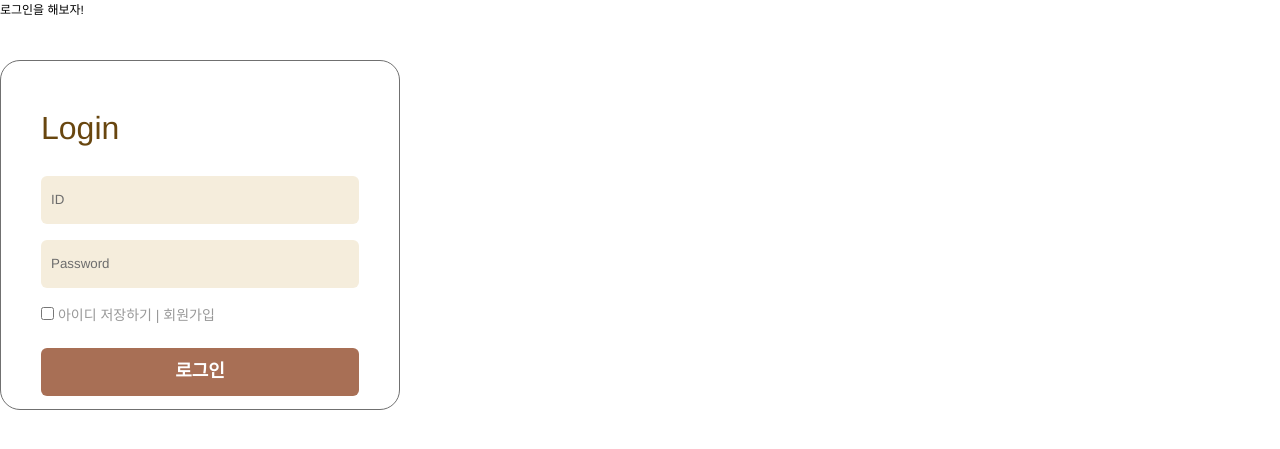
Repository: sejun98/sosobordgameJSP
Page: http://localhost/singup/login_form.jsp
An editor plug-in stored every save of this project. The page is shown before and after the next save, followed by the edit.
The browser window is 1280 px wide. The pictures show the whole page.
Some web fonts or font styles are not loaded; a fallback is used. The page is served by Tomcat 9.

Above is the page before, as saved 2022-10-07 07:23:29.

### singup/src/main/webapp/login_form.jsp
<%@ page language="java" contentType="text/html; charset=UTF-8"
    pageEncoding="UTF-8"%>
<%@ page import="java.sql.*" %>
<%@ page import="java.text.*" %>
<%@ page import="java.util.*, java.lang.*"  %>
<!DOCTYPE html>
<html>
<head>
<meta charset="UTF-8">
<title>로그인 폼</title>
<link rel="shortcut icon" href="images/pabicon.ico">
<link rel="stylesheet" href="css/login.css">
<link rel="stylesheet" href="css/reset.css">
<link href="https://fonts.googleapis.com/css?family=Nanum+Gothic" rel="stylesheet">
<link rel="stylesheet" type="text/css" href="css/slick.css">
<link rel="stylesheet" type="text/css" href="css/slick-theme.css">
<link href="https://fonts.googleapis.com/css?family=Poor+Story" rel="stylesheet">


</head>
<body>
<h1>로그인을 해보자!</h1>
<%
	String name = (String)session.getAttribute("name");
	if(name == null) {
%>

	<div class="login-wrapper">
			<h2>Login</h2>
			<form method="post" action="<%= request.getContextPath() %>/login_pro.jsp" id="login-form">
				<input type="text" name="id" placeholder="ID">
				<input type="password" name=pw placeholder="Password">
				<label for="remember-check" class="idsave">
					<input type="checkbox" id="remember-check">  아이디 저장하기 | 회원가입
				</label>
				<input type="submit" value="로그인">
			</form>
	</div>
<%
	} else {
			%>
		<%= name %>님 로그인 중
		<a href="<% request.getContextPath(); %> logout.jsp">로그아웃</a>
		<%
	}
%>
</body>
</html>

### singup/src/main/webapp/css/login.css

header {
	width: 100%;
}

#header_top {
	float: right;
}
#header_top ul li {
	float: left;
	padding: 13px;
	padding-left: 0;
	line-height: 1;
}
#header_top ul li:nth-child(1) a{
	border-right: solid 1px;
	border-color: #E0E0E0;
	margin: 0px;
}
#header_top ul li:nth-child(2) a{
	margin-right: 0;
	border-right: solid 1px;
	border-color: #E0E0E0;
	margin: 0px;
}

#header_top ul li a {
	display: block;
	margin-right: 65px;
	padding-right: 10px;
}
header #logo {
	clear: both;
	text-align: center;
	margin-bottom: 20px;
}
.header_menu {
	width:100%;
	height: 60px;
	border-top: solid 2px;
}
.header_menu ul li {
	float: left;
	margin-left: 13%;
}
.header_menu ul li a {
	display: block;
	padding: 12px 0px 10px 0px;
	font-size: 20px;
	font-family: 'Nanum Gothic', sans-serif;
}
.header_menu ul li .bold:hover {
	font-weight:bold;
}
.header_menu ul li:nth-child(5) {
	float: left;
}
.header_menu_bar{
	width: 75%;
	margin: 0 auto;

}
/*header end //----------------------------*/
/*container start ------*/
*{
    padding: 0;
    margin: 0;
    border: none;
}
body{
    font-size: 14px;
    font-family: 'Roboto', sans-serif;
}


.login-wrapper{
	margin-top: 40px;
	border: 1px solid rgb(112, 112, 112);
	border-radius: 20px;
    width: 400px;
    height: 350px;
    padding: 40px;
    box-sizing: border-box;
}

.login-wrapper > h2{
    font-size: 32px;
    color: #68460f;
    margin-bottom: 20px;
}
#login-form > input{
    width: 100%;
    height: 48px;
    padding: 0 10px;
    box-sizing: border-box;
    margin-bottom: 16px;
    border-radius: 6px;
    background-color: #F5EDDC;
}
#login-form > input::placeholder{
    color: #6d6d6d;
}
#login-form > input[type="submit"]{
    color: #fff;
    font-size: 18px;
	font-weight: bold;
    background-color: #a86f55;
    margin-top: 20px;
}
#login-form > input[type="checkbox"]{
    display: none;
}
#login-form > label{
    color: #999999;
}
#login-form input[type="checkbox"] + label{
    cursor: pointer;
    padding-left: 26px;
    background-image: url("checkbox.png");
    background-repeat: no-repeat;
    background-size: contain;
}
#login-form input[type="checkbox"]:checked + label{
    background-image: url("checkbox-active.png");
    background-repeat: no-repeat;
    background-size: contain;
}

/*container end ------*/
.down_box {
	width: 100%;
	height: 296px;
	background-color: #CDFFC3;
	float: left;
}
.down_box_img {
	background-image: url(../images/User_dow.jpg);
	background-repeat: no-repeat;
	width: 50%;height: 300px;
	float: left;
}
.down_box_txt {
	color: white;
	font-size: 35px;
	text-align: center;
	margin-top: 60px;
	position: relative;
}
.down_soso {
	font-size: 20px;
}
.down_soso span:before {
	content: "•";
	color: #dc3434;
	font-size: 1em;
	position: relative;
	left: 19px;
	top: -20px;
}
.down_sosos{
	font-size: 20px;
}
.down_sosos span:before {
	content: "•";
	color: #f7f549;
	font-size: 1em;
	position: relative;
	left: 19px;
	top: -20px;
}
.down_soso_img {
	background-image: url(../images/design_inde22x_08.jpg);
	width: 4px;height: 4px;
	position: absolute;
	left: 313px; top: 15px;
}
.down_soso_img2 {
	background-image: url(../images/design_inde22x_08.jpg);
	width: 4px;height: 4px;
	position: absolute;
	left: 333px; top: 15px;
}
.down_box_txt p {
	margin-top: -25px;
	font-size: 45px;
}
.down_box_txt .pp2{
	line-height: 46px;
	font-size: 20px;
}
.search {
	width: 421px;
	position: relative;
	margin-left: 50%;
	transform: translateX(-50%);
}
.inputbox {
	float: left;
	font-size: 18px;
	color: #ebebeb;
	padding-left: 10px;
	background-color: rgba(255,255,255,0);
	border: solid 5px #ebebeb;
	width: 421px; height: 46px;
	margin-top: 10px;


}
.search .inputbox_button{
	position: absolute;
	top: 20px;right: -13px;
	background-color: transparent;
}



.down_title {
	margin-top: 20px;
	width: 200px; height: 50px;
	background-color: #fff;
	border-radius: 50px;
	margin-left: 50%;
	transform: translateX(-50%);
	color: #000;
	font-size: 20px;
	font-weight: bold;
	line-height: 50px;

}
.down_title:hover {
	background-color: #646464;
	color: #F0F0F0
}
/*footer start*/
.footer_box {
	width: 100%; height: 218px;
	background-color: #262626;
	clear: both;
	color: #bfbfbf;
}
.footer_title {
	padding-top: 10px;
	font-size: 35px;
	text-align: center;
	margin-top: 60px;
	position: relative;
}
.footer_title span {
	font-size: 20px;
}
.footer_txt {
	font-size: 14px;
	text-align: center;
	line-height: 25px;
}
.footer_title_wja {
	background-image: url(../images/design_indexdd_03.jpg);
	width: 4px;height: 4px;
	background-repeat: no-repeat;
	float: left;
	position: absolute;
	top: -8px;right: 13px;
}
.footer_title_wja2 {
	background-image: url(../images/design_indexdd_03.jpg);
	width: 4px;height: 4px;
	background-repeat: no-repeat;
	float: left;
	position: absolute;
	top: -8px;right: 32px;
}

#susu {
	position: relative;
}

#rjatk {
	float: left;
}

/*Slick*/
 .slider {
        width: 50%;
        margin: 0 auto;
    }

    .slick-slide {
      margin: 0px 20px;
    }

    .slick-slide img {
      width: 90%;
      margin: 0 auto;
      padding-top: 5%;
    }

    .slick-prev:before,
    .slick-next:before {
      color: black;
    }


    .slick-slide {
      transition: all ease-in-out .3s;
      opacity: 1;
    }

    .slick-active {
      opacity: 1;
    }

    .slick-current {
      opacity: 1;
    }
    /*slick*/

### singup/src/main/webapp/css/reset.css
*{
 margin:0;
 padding:0;
 border:none;
 	list-style:none;
	text-decoration: none;
	font-family: 'Nanum Gothic', sans-serif;
	font-family: noto,notojp,notokr,Helvetica
	,Microsoft YaHei,Apple SD Gothic Neo,Malgun Gothic,
	"\B9D1\C740 \ACE0\B515",Dotum,\\B3CB\C6C0,sans-serif;
}

/*여백초기화*/
body, div, dl, dd, dt, ul, li, ol, h1, h2, h3, h4, h5, h6, form, legend, textarea, select, fieldset, p, button {margin: 0; padding: 0;}

/*링크 초기화 */
a { color: #273743; text-decoration: none; }
a:hover { color: #000000; }

/*폰트초기화 */
body, input, textarea, select, button, table {line-height: 1.7} /*나눔고딕은 크로스브라우져에 가장 적합 */

/*h태그 초기화 */
h1, h2, h3, h4, h5, h6 { font-size: 12px; font-weight: normal; }

/*목록태그 초기화*/
li, ol, ul {list-style: none;}

/*ir*/

.ir { width: 0; height: 0; font-size: 0; line-height: 0; overflow: hidden; position: absolute; left: 0; top: 0; }
.cursor {
	cursor:pointer;
}
.down_title:hover {
	background-color: #646464;
	color: #F0F0F0
}

### singup/src/main/webapp/css/slick.css
/* Slider */
.slick-slider
{
    position: relative;

    display: block;
    box-sizing: border-box;
}

.slick-list
{
    position: relative;

    display: block;
    overflow: hidden;

    margin: 0;
    padding: 0;
}
.slick-list:focus
{
    outline: none;
}
.slick-list.dragging
{
    cursor: pointer;
}

.slick-slider .slick-track,
.slick-slider .slick-list
{

}

.slick-track
{
    position: relative;
    top: 0;
    left: 0;

    display: block;
    margin-left: auto;
    margin-right: auto;
}
.slick-track:before,
.slick-track:after
{
    display: table;

    content: '';
}
.slick-track:after
{
    clear: both;
}
.slick-loading .slick-track
{
    visibility: hidden;
}

.slick-slide
{
    display: none;
    float: left;

    height: 100%;
    min-height: 1px;
}
[dir='rtl'] .slick-slide
{
    float: right;
}
.slick-slide img
{
    display: block;
}
.slick-slide.slick-loading img
{
    display: none;
}
.slick-initialized .slick-slide
{
    display: block;
}
.slick-loading .slick-slide
{
    visibility: hidden;
}
.slick-vertical .slick-slide
{
    display: block;

    height: auto;

    border: 1px solid transparent;
}
.slick-arrow.slick-hidden {
    display: none;
}

### singup/src/main/webapp/css/slick-theme.css
/* Slider */
.slick-loading .slick-list
{
    background: #fff url('./ajax-loader.gif') center center no-repeat;
}

/* Icons */
@font-face
{
    font-family: 'slick';
    font-weight: normal;
    font-style: normal;

    src: url('./fonts/slick.eot');
    src: url('./fonts/slick.eot?#iefix') format('embedded-opentype'), url('./fonts/slick.woff') format('woff'), url('./fonts/slick.ttf') format('truetype'), url('./fonts/slick.svg#slick') format('svg');
}
/* Arrows */
.slick-prev,
.slick-next
{
    font-size: 0;
    line-height: 0;

    position: absolute;
    top: 50%;

    display: block;

    width: 20px;
    height: 20px;
    padding: 0;

    transform: translate(0, -50%);

    cursor: pointer;

    color: transparent;
    border: none;
    outline: none;
    background: transparent;
}
.slick-prev:hover,
.slick-prev:focus,
.slick-next:hover,
.slick-next:focus
{
    color: transparent;
    outline: none;
    background: transparent;
}
.slick-prev:hover:before,
.slick-prev:focus:before,
.slick-next:hover:before,
.slick-next:focus:before
{
    opacity: 1;
}
.slick-prev.slick-disabled:before,
.slick-next.slick-disabled:before
{
    opacity: .25;
}

.slick-prev:before,
.slick-next:before
{
    font-family: 'slick';
    font-size: 40px;
    line-height: 1;

    opacity: .75;
    color: white;


}

.slick-prev
{
    left: -25px;
}
[dir='rtl'] .slick-prev
{
    right: -25px;
    left: auto;
}
.slick-prev:before
{
    content: '←';
}
[dir='rtl'] .slick-prev:before
{
    content: '→';
}

.slick-next
{
    right: -25px;
}
[dir='rtl'] .slick-next
{
    right: auto;
    left: -25px;
}
.slick-next:before
{
    content: '→';
}
[dir='rtl'] .slick-next:before
{
    content: '←';
}

/* Dots */
.slick-dotted.slick-slider
{
    margin-bottom: 30px;
}

.slick-dots
{
    position: absolute;
    bottom: -25px;

    display: block;

    width: 100%;
    padding: 0;
    margin: 0;

    list-style: none;

    text-align: center;
}
.slick-dots li
{
    position: relative;

    display: inline-block;

    width: 20px;
    height: 20px;
    margin: 0 5px;
    padding: 0;

    cursor: pointer;
}
.slick-dots li button
{
    font-size: 0;
    line-height: 0;

    display: block;

    width: 20px;
    height: 20px;
    padding: 5px;

    cursor: pointer;

    color: transparent;
    border: 0;
    outline: none;
    background: transparent;
}
.slick-dots li button:hover,
.slick-dots li button:focus
{
    outline: none;
}
.slick-dots li button:hover:before,
.slick-dots li button:focus:before
{
    opacity: 1;
}
.slick-dots li button:before
{
    font-family: 'slick';
    font-size: 6px;
    line-height: 20px;

    position: absolute;
    top: 0;
    left: 0;

    width: 20px;
    height: 20px;

    content: '•';
    text-align: center;

    opacity: .25;
    color: black;

}
.slick-dots li.slick-active button:before
{
    opacity: .75;
    color: black;
}

After the next save:
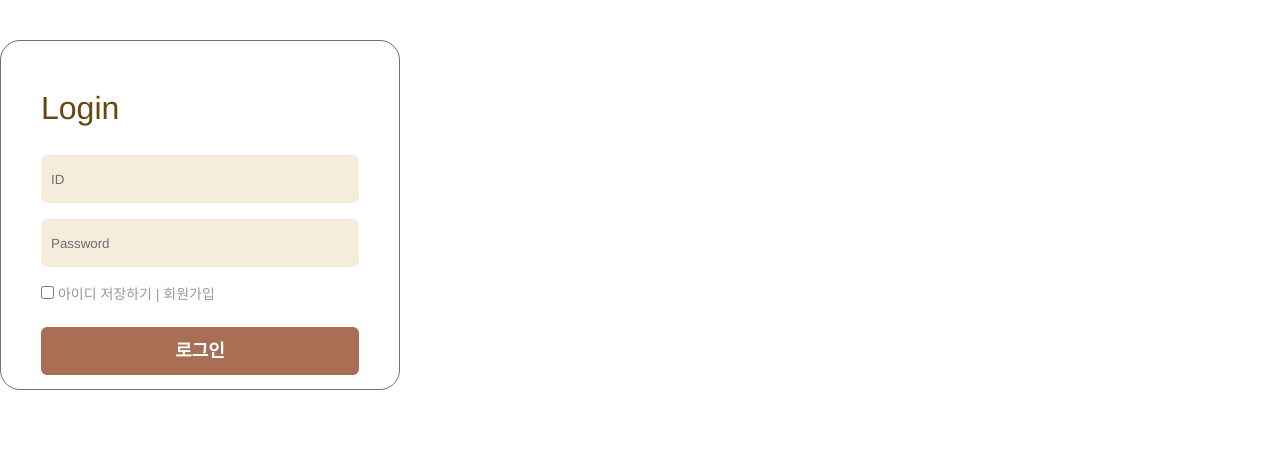
Saved 6 s later.
--- a/singup/src/main/webapp/login_form.jsp
+++ b/singup/src/main/webapp/login_form.jsp
@@ -19,7 +19,6 @@
 
 </head>
 <body>
-<h1>로그인을 해보자!</h1>
 <%
 	String name = (String)session.getAttribute("name");
 	if(name == null) {
